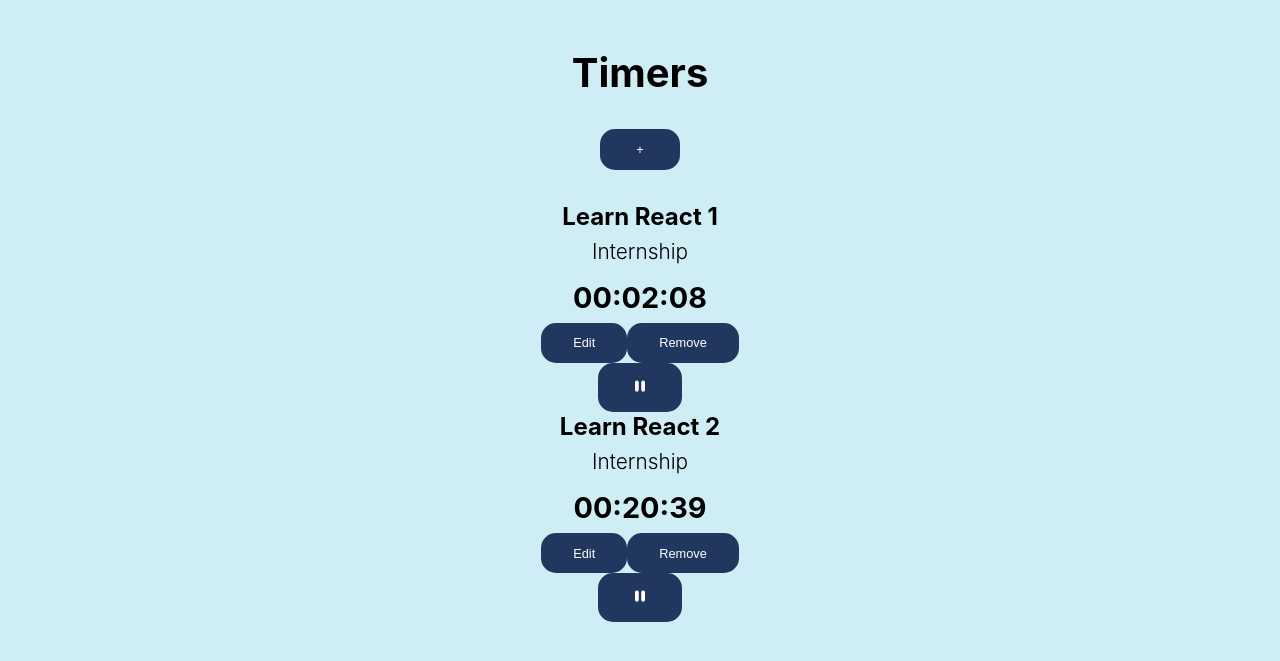
Repository: dqhuy153/react-timer
Page: /
An editor plug-in stored every save of this project. The page is shown before and after the next save, followed by the edit.
The browser window is 1280 px wide. The pictures show the whole page.
The project was rebuilt for these pictures with package versions that can differ from the ones it lists, and the page was loaded fresh each time. Also part of the build but not shown: src/components/TimerForm/TimerForm.module.scss, src/components/TimerForm/index.jsx, src/components/EditableTimerForm/EditableTimerForm.module.scss.

Above is the page before, as saved 2021-10-26 17:24:52.

### src/index.css
* {
  padding: 0;
  margin: 0;
  box-sizing: border-box;
}

body {
  margin: 0;
  font-family: -apple-system, BlinkMacSystemFont, 'Segoe UI', 'Roboto', 'Oxygen',
    'Ubuntu', 'Cantarell', 'Fira Sans', 'Droid Sans', 'Helvetica Neue',
    sans-serif;
  -webkit-font-smoothing: antialiased;
  -moz-osx-font-smoothing: grayscale;

  font-size: 62.5%;
}

code {
  font-family: source-code-pro, Menlo, Monaco, Consolas, 'Courier New',
    monospace;
}

### src/App.js
import { useEffect, useRef, useState } from 'react';
import './App.scss';

import EditableTimerForm from './components/EditableTimerForm';
import ToggleableTimerForm from './components/ToggeableTimerForm';
import { newTimer } from './utils/TimerUtils';

function App() {
  const timerRef = useRef();
  const [timers, setTimers] = useState([
    {
      id: 1,
      title: 'Learn React 1',
      project: 'Internship',
      time: 123454,
      isRunning: true,
    },
    {
      id: 2,
      title: 'Learn React 2',
      project: 'Internship',
      time: 1234545,
      isRunning: true,
    },
  ]);

  const handleUpdateTimer = (data) => {
    let newTimers;

    //if has no id, create a new one
    if (!data.id) {
      newTimers = [
        newTimer({
          title: data.title,
          project: data.project,
        }),
        ...timers,
      ];
    }
    //update existing timer
    else {
      newTimers = timers.map((timer, idx) => {
        if (timer.id === data.id) {
          return {
            ...timer,
            title: data.title,
            project: data.project,
          };
        }

        return timer;
      });
    }

    setTimers(newTimers);
  };

  useEffect(() => {
    clearTimeout(timerRef.current);

    timerRef.current = setTimeout(() => {
      const newTimers = timers.map((timer, idx) => {
        if (timer.isRunning)
          return {
            ...timer,
            time: timer.time + 1000,
          };

        return timer;
      });

      setTimers(newTimers);
    }, 1000);
  }, [timers]);

  return (
    <div className="App">
      <div className="body">
        <h1>Timers</h1>

        <ToggleableTimerForm onUpdate={handleUpdateTimer} />

        {timers.map((timer) => {
          return (
            <EditableTimerForm
              key={timer.id}
              id={timer.id}
              title={timer.title}
              project={timer.project}
              timer={timer.time}
              isRunning={timer.isRunning}
            />
          );
        })}
      </div>
    </div>
  );
}

export default App;

### src/App.scss
.App {
  background: #ceedf5;
}

.body {
  display: flex;
  justify-content: flex-start;
  align-items: center;
  flex-direction: column;
  padding: 3rem 0;
  height: 100vh;

  h1 {
    font-size: 2.5rem;
  }
}

### src/components/EditableTimerForm/index.jsx
import React, { useState } from 'react';
import Timer from '../Timer';
import TimerForm from '../TimerForm';

import styles from './EditableTimerForm.module.scss';

const EditableTimerForm = ({
  id,
  title,
  project,
  timer,
  isRunning,
  onUpdate,
  onRemove,
  onTimerClick,
}) => {
  const [isEdit, setIsEdit] = useState(false);

  const handleOpenEdit = () => {
    setIsEdit(true);
  };

  const handleCloseEdit = () => {
    setIsEdit(false);
  };

  const handleUpdate = (data) => {
    onUpdate(data);
    handleOpenEdit();
  };

  const content = isEdit ? (
    <TimerForm
      id={id}
      title={title}
      project={project}
      timer={timer}
      onCancel={handleCloseEdit}
      onUpdate={handleUpdate}
    />
  ) : (
    <Timer
      id={id}
      title={title}
      project={project}
      timer={timer}
      isRunning={isRunning}
      onEdit={handleOpenEdit}
      onRemove={onRemove}
      onTimerClick={onTimerClick}
    />
  );

  return <div className={styles.container}>{content}</div>;
};

export default EditableTimerForm;

### src/components/ToggeableTimerForm/index.jsx
import { useState } from 'react';
import Button from '../Button';
import TimerForm from '../TimerForm';

import styles from './ToggleableTimerForm.module.scss';

const ToggleableTimerForm = ({ onUpdate, ...props }) => {
  const [isOpen, setIsOpen] = useState(false);

  const handleOpenForm = () => {
    setIsOpen(true);
  };

  const handleCloseForm = () => {
    setIsOpen(false);
  };

  const handleUpdate = (data) => {
    onUpdate(data);
    handleCloseForm();
  };

  const content = isOpen ? (
    <TimerForm onCancel={handleCloseForm} onUpdate={handleUpdate} />
  ) : (
    <Button onClick={handleOpenForm}>+</Button>
  );

  return <div className={styles.container}>{content}</div>;
};

export default ToggleableTimerForm;

### src/utils/TimerUtils.js
import { v4 as uuidv4 } from 'uuid';

export const millisecondsToHuman = (ms) => {
  const seconds = Math.floor((ms / 1000) % 60);
  const minutes = Math.floor((ms / 1000 / 60) % 60);
  const hours = Math.floor(ms / 1000 / 60 / 60);

  const humanized = [
    pad(hours.toString(), 2),
    pad(minutes.toString(), 2),
    pad(seconds.toString(), 2),
  ].join(':');

  return humanized;
};

const pad = (numberString, size) => {
  let padded = numberString;
  while (padded.length < size) {
    padded = `0${padded}`;
  }
  return padded;
};

export const newTimer = (attrs = {}) => {
  const timer = {
    title: attrs.title || 'Timer',
    project: attrs.project || 'Project',
    id: uuidv4(),
    time: 0,
    isRunning: false,
  };

  return timer;
};

### src/components/Timer/index.jsx
import React from 'react';
import { BsPauseFill, BsPlayFill } from 'react-icons/bs';

import { millisecondsToHuman } from '../../utils/TimerUtils';
import Button from '../Button';
import styles from './Timer.module.scss';

const Timer = ({
  title,
  project,
  timer,
  isRunning,
  onEdit,
  onRemove,
  onTimerClick,
}) => {
  const buttonLabel = isRunning ? (
    <BsPauseFill size={20} />
  ) : (
    <BsPlayFill size={20} />
  );

  return (
    <div className={styles.container}>
      <h2>{title}</h2>
      <p>{project}</p>
      <p className={styles.timer}>{millisecondsToHuman(timer)}</p>

      <div>
        <Button onClick={onEdit}>Edit</Button>
        <Button onClick={onRemove}>Remove</Button>
      </div>

      <Button className={styles.timer_btn} onClick={onTimerClick}>
        {buttonLabel}
      </Button>
    </div>
  );
};

export default Timer;

### src/components/Button/index.jsx
import React from 'react';

import styles from './Button.module.scss';

const Button = ({
  children,
  onClick,
  className,
  bgColor = '#22375f',
  color = '#fff',
  hoverColor = '#22375f',
  hoverBgColor = '#fff',
  ...rest
}) => {
  return (
    <button
      style={{
        '--bg-color': bgColor,
        '--color': color,
        '--hover-color': hoverColor,
        '--hover-bg-color': hoverBgColor,
      }}
      className={`${styles.container} ${className}`}
      onClick={onClick}
      children={children}
      {...rest}
    ></button>
  );
};

export default Button;

### src/components/ToggeableTimerForm/ToggleableTimerForm.module.scss
.container {
  margin: 2rem;
}

### src/components/Timer/Timer.module.scss
.container {
  text-align: center;

  h2 {
    font-size: 1.5rem;
    margin-bottom: 0.5rem;
  }
  p {
    font-size: 1.3rem;
    font-weight: 300;
    margin-bottom: 0.5rem;
  }

  .timer {
    margin-top: 1rem;
    font-weight: bold;
    font-size: 1.8rem;
  }
}

### src/components/Button/Button.module.scss
.container {
  padding: 0.8rem 2rem;
  min-width: 5rem;
  border: none;
  color: var(--color);
  border-radius: 15px;
  background: var(--bg-color);
  font-size: 0.8rem;
  cursor: pointer;
  transition: all 0.2s linear;

  &:hover {
    box-shadow: rgba(100, 100, 111, 0.3) 0px 7px 29px 0px;
    background: var(--hover-bg-color);
    color: var(--hover-color);
    font-weight: bold;
  }

  &:active {
    transform: translateY(2px);
  }
}

Loaded but not shown: public/index.html (common file); src/index.js (common file); src/reportWebVitals.js (common file)

After the next save:
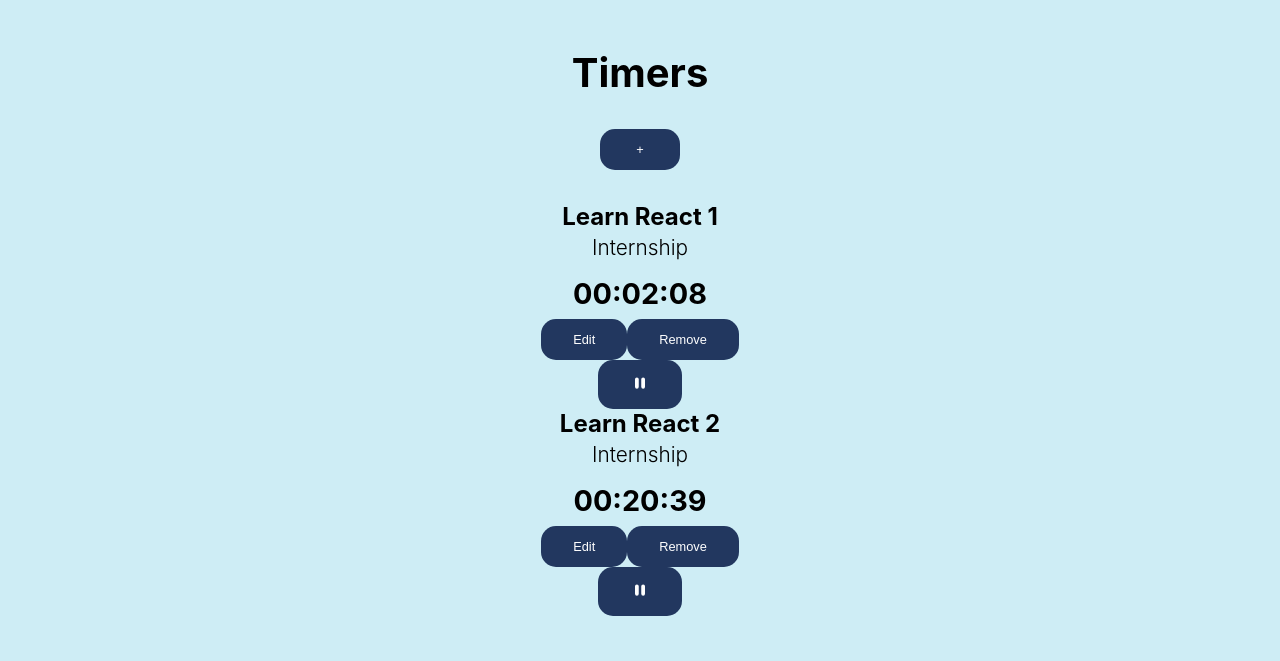
Saved 4 s later.
--- a/src/components/Timer/Timer.module.scss
+++ b/src/components/Timer/Timer.module.scss
@@ -3,7 +3,7 @@
 
   h2 {
     font-size: 1.5rem;
-    margin-bottom: 0.5rem;
+    margin-bottom: 0.3rem;
   }
   p {
     font-size: 1.3rem;
